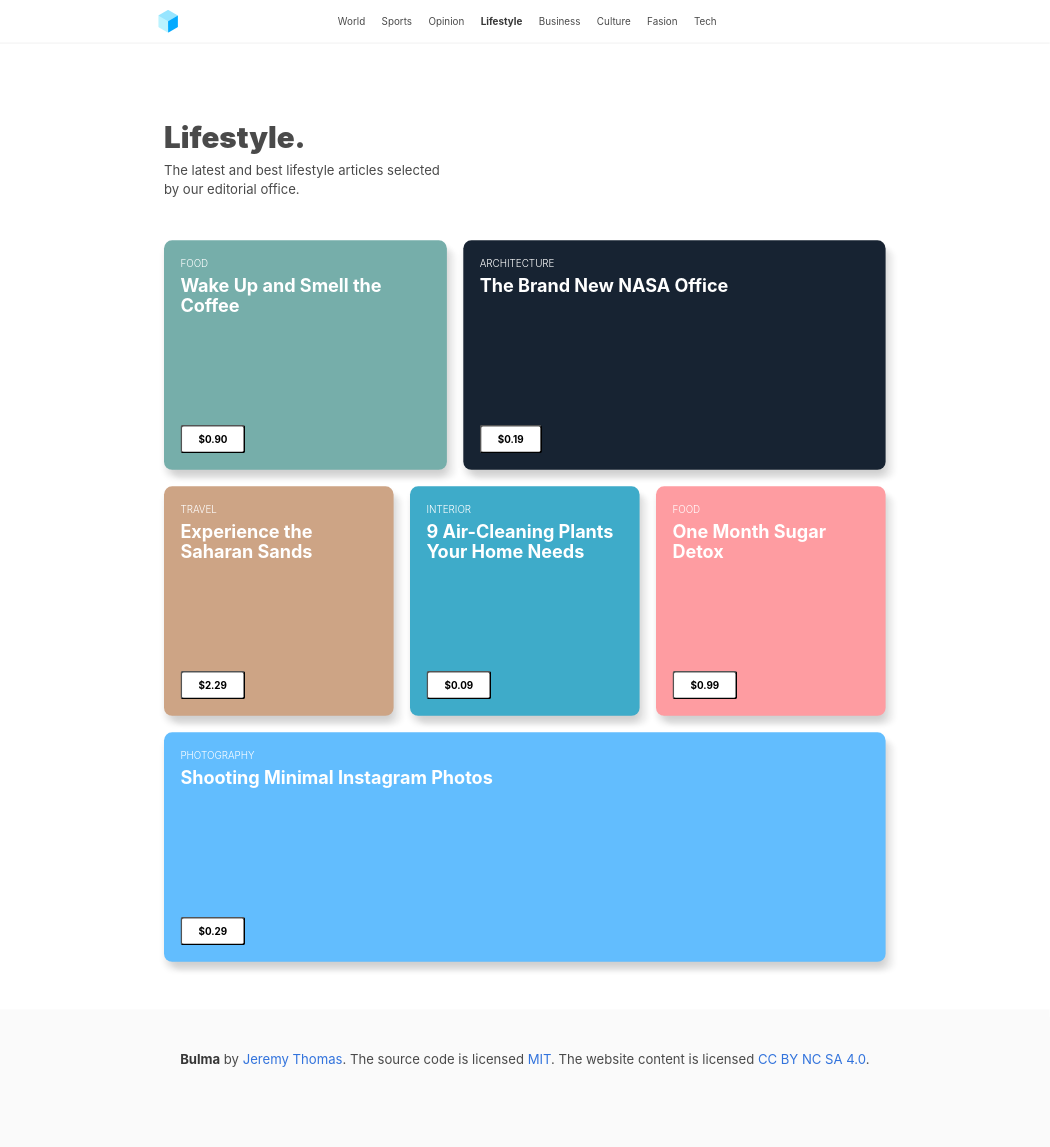
Repository: DOODpls/js_ass1
Page: index.html
An editor plug-in stored every save of this project. The page is shown before and after the next save, followed by the edit.
The browser window is 1280 px wide. The pictures show the whole page, at 82% of full size.

Above is the page before, as saved 2019-11-22 19:05:42.

After the next save:
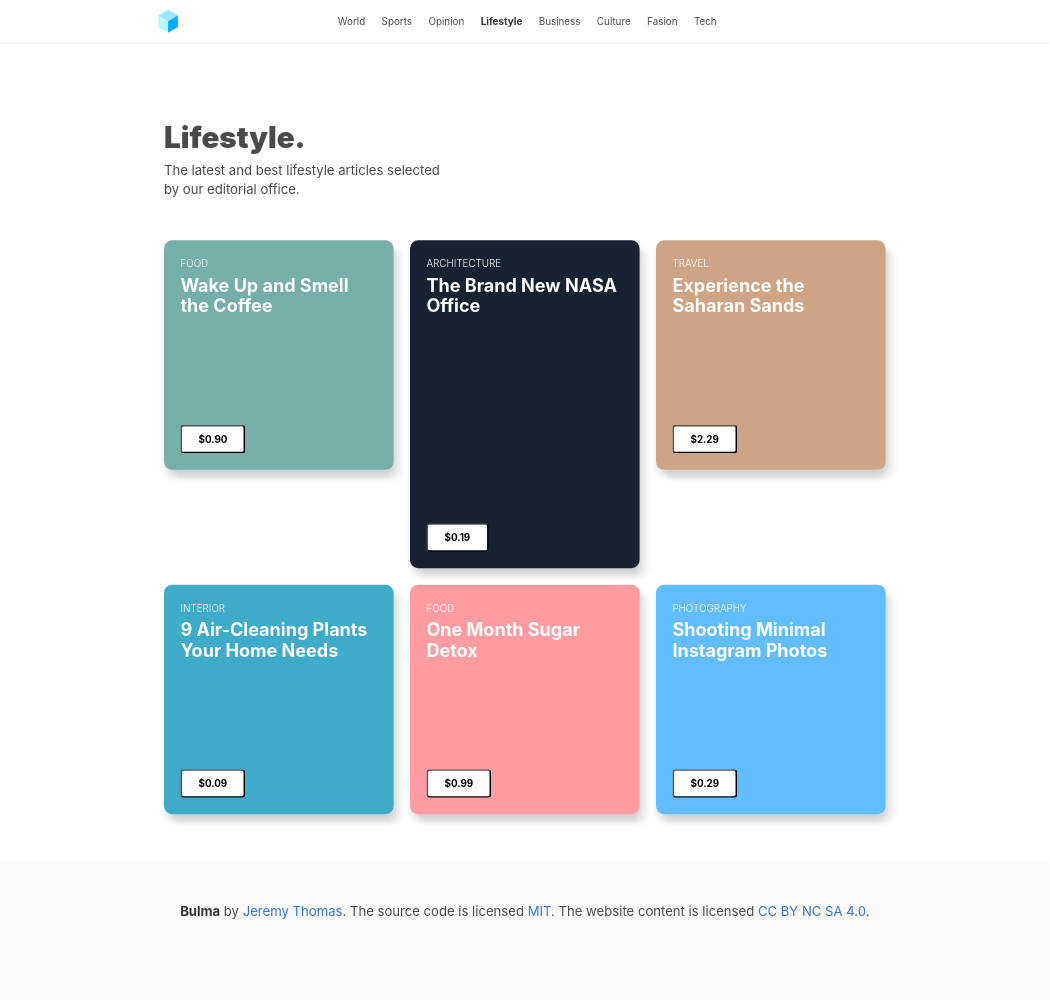
Saved 37 s later.
--- a/app.js
+++ b/app.js
@@ -72,7 +72,7 @@ const data = [
         const divr = document.createElement('div')
         divr.className= 'card'
         divr.style.backgroundColor = data[i].color
-        divr.style.flex = heig
+        divr.style.height = heig
         divr.id = 'divtile'+ i
         tilers.appendChild(divr)
 
